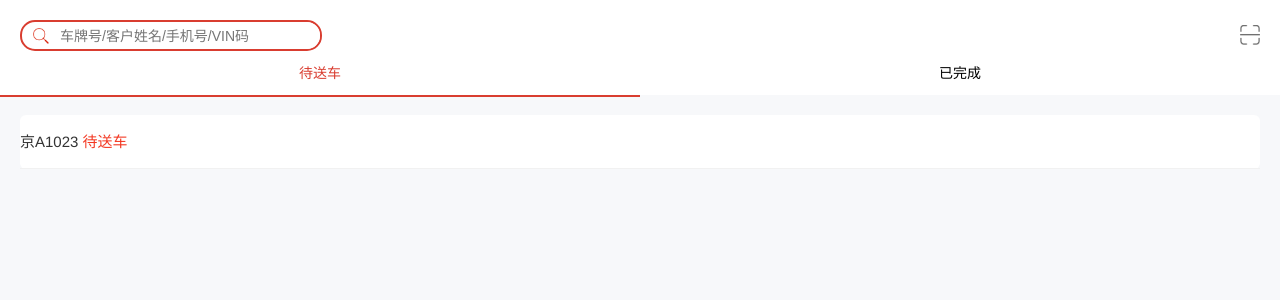
Repository: family-car/car
Page: deliverTask.html
These files come from the project's save history. The page is drawn as it stood at one moment and after the next save; the edit follows.
The browser window is 1280 px wide. The pictures show the whole page.

Above is the page before, as saved 2020-05-12 11:12:31.

### deliverTask.html
<!-- HTML5文件 -->
<!DOCTYPE html>
<html>
<head>
	<meta charset="utf-8" />
	<meta name="viewport" content="width=device-width,minimum-scale=1.0,maximum-scale=1.0,user-scalable=no"/>
	<meta content="telephone=no,email=no" name="format-detection">
	<meta name="wap-font-scale" content="no">
	<title>送车任务</title>
	<!-- ui框架引入css -->
	<link href="lib/weui/weui.min.css" rel="stylesheet" type="text/css" />
	<link href="lib/weui/jquery-weui.min.css" rel="stylesheet" type="text/css" />
	<!-- 公用样式css -->
	<link href="src/css/base.css" rel="stylesheet" type="text/css" />
	<!-- 界面引入css -->
  <link href="src/css/app/deliverTask.css" rel="stylesheet" type="text/css" />
  <!-- jquery引入 -->
  <script type="text/javascript" src="lib/jquery/jquery-2.1.4.min.js"></script>
  <script type="text/javascript" src="lib/unit.js"></script>
</head>
<body>

<div class="main bot44">
    <div class="taskHeader">
        <div class="taskSearch flex flex-between">
            <div class="searchInput cf">
                <div class="fl flex flex-center searchIcon"><img src="src/image/search.png"/></div>
                <input type="text" placeholder="车牌号/客户姓名/手机号/VIN码" class="fl"/>
            </div>
            <div class="sys"><img src="src/image/sys.png"/></div>
        </div>
        <ul class="taskTabbar cf">
            <li class="active">待送车</li>
            <li>已完成</li>
        </ul>
    </div>
    <div class="taskList">
        <div class="taskItem">
            <h2>
                <span>京A1023</span>
                <span>待送车</span>
            </h2>
        </div>
    </div>
</div>

<!-- jquery引入 -->
<script type="text/javascript" src="lib/jquery/swiper.js"></script>
<script type="text/javascript" src="src/js/entry/deliverTask.js"></script>
</body>
</html>

### src/css/base.css
*,
*:after,
*:before {
    -webkit-box-sizing: border-box;
    box-sizing: border-box;
}
[v-cloak] {
  display: none;
}
a,
blockquote,
body,
code,
dd,
div,
dl,
dt,
em,
fieldset,
form,
h1,
h2,
h3,
h4,
h5,
h6,
iframe,
img,
input,
label,
li,
object,
ol,
p,
q,
small,
span,
strong,
table,
tbody,
td,
th,
tr,
ul {
    margin: 0;
    padding: 0;
    border: 0;
}
input{
	outline: none;
}
body,
html {
    width: 100%;
}

body {
    margin: 0 auto;
    line-height: 1;
    font-size: 14px;
    font-family: 'STHeiti', 'Microsoft YaHei', Helvetica, Arial, sans-serif;
    -webkit-text-size-adjust: none;
    -webkit-tap-highlight-color: rgba(0, 0, 0, 0);
}

h1,
h2,
h3,
h4,
h5,
h6 {
    font-size: .28rem;
    font-weight: normal;
}

a,
a:active,
a:focus,
a:hover,
a:visited {
    text-decoration: none;
    color: #393939;
}

a,
img {
    -webkit-touch-callout: none;
}

li,
ol,
ul {
    list-style: none;
}

input[type="password"],
input[type="tel"],
input[type="text"],
select,
textarea {
    display: block;
    width: 100%;
    line-height: 1.2;
    font-size:14px;
    resize: none;
    outline: 0;
    vertical-align: middle;
    background-color: #fff;
    background-image: none;
    border: 0;
    white-space: pre-wrap;
    word-wrap: break-word;
    -webkit-appearance: none;
}

p {
    background-color: transparent;
    word-break: break-all;
}

em,
i {
    font-style: normal;
}
@font-face {
    font-family: 'iconfont';
    src: url("../font/icomoon.eot");
    src: url("../font/icomoon.eot?#iefix") format("embedded-opentype"), url("../font/icomoon.ttf") format("truetype"), url("../font/icomoon.svg#iconfont") format("svg");
}

html {
    background: #fff;
}

body {
    background: #fff;
    color: #000;
}

.fl {
    float: left;
}

.fr {
    float: right;
}

.cf:after {
    display: block;
    clear: both;
    content: "";
    visibility: hidden;
    height: 0;
}

.tr {
    text-align: right;
}

.tc {
    text-align: center;
}

.td-underline {
    text-decoration: underline;
}

.tm {
    vertical-align: middle;
}
.boxSizing{
    box-sizing:border-box;
    -moz-box-sizing:border-box; /* Firefox */
    -webkit-box-sizing:border-box;
}

.flex {
    display: -webkit-box !important;
    display: -webkit-flex !important;
    display: -ms-flexbox !important;
    display: flex !important;
    -webkit-flex-wrap: wrap;
    -ms-flex-wrap: wrap;
    flex-wrap: wrap;
}

.flex .cell {
    -webkit-box-flex: 1;
    -webkit-flex: 1;
    -ms-flex: 1;
    flex: 1;
    width: 0;
    -webkit-flex-basis: 0;
    -ms-flex-preferred-size: 0;
    flex-basis: 0;
    max-width: 100%;
    display: block;
    padding: 0 !important;
    position: relative;
}
.flex .cell2{
    -webkit-box-flex: 2;
    -webkit-flex: 2;
    -ms-flex: 2;
    flex: 2;
}


.flex .cell.hide {
    display: none;
}

.flex .flex-130 {
    -webkit-box-flex: 150!important;
    -webkit-flex: 130!important;
    -ms-flex: 130!important;
    flex: 130!important;
}

.flex .flex-200 {
    -webkit-box-flex: 200!important;
    -webkit-flex: 200!important;
    -ms-flex: 200!important;
    flex: 200!important;
}

.flex-center {
    -webkit-box-pack: center;
    -webkit-justify-content: center;
    justify-content: center;
    -webkit-box-align: center;
    -webkit-align-items: center;
    align-content: center;
}
.flex-between {
    -webkit-box-pack: center;
    -webkit-justify-content: space-between;
    justify-content: space-between;
    -webkit-box-align: center;
    -webkit-align-items: center;
    align-content: center;
}

.img-responsive {
    display: inline-block;
    width: 100%;
}

.bg-white {
    background: #fff;
}

.bg-orange {
    background: #fa462d;
}

.bg-blue {
    background: #246EBE;
}
.bg-green{color:#0BA66D;}
.bg-light-green{color:#56dfb3;}
.bg-gray {
    background: #f3f4f6;
}

.bg-light-yellow {
    background: #fbf8ec;
}

.bg-disabled {
    background: #9d9d9d;
}

.color-blue {
    color: #246EBE;
}

.color-muted {
    color: #9d9d9d;
}

.color-orange {
    color: #fa462d;
}

.color-white {
    color: #fff;
}

.color-gray {
    color: #848689;
}
.color-green{color:#0BA66D;}
.color-light-green{color:#56dfb3;}
.color-red{color:#f23030;}
.color-block{color:#393939;}

.relative {
    position: relative;
}

.overflow {
    overflow: hidden;
}

.ellipsis {
    white-space: nowrap;
    overflow: hidden;
    text-overflow: ellipsis;
}

.clamp {
    display: -webkit-box;
    overflow: hidden;
    text-overflow: ellipsis;
    -webkit-line-clamp: 2;
    -webkit-box-orient: vertical;
}

.animate {
    -webkit-animation-play-state: paused;
}

.hide {
    display: none;
}

.footbar-default .coagent span:before,
.iconfont,
.panel-selector .list li .fr:after,
.select:before {
    font-family: "iconfont" !important;
    font-size: .28rem;
    font-style: normal;
    -webkit-font-smoothing: antialiased;
    -webkit-text-stroke-width: 2px;
    -moz-osx-font-smoothing: grayscale;
}
.btn {
    display: inline-block;
    padding: .18rem .2rem;
    vertical-align: middle;
    font-size: .26rem;
    font-weight: normal;
    line-height: 1;
    text-align: center;
    white-space: nowrap;
    background-image: none;
    border: 1px solid transparent;
    border-radius: .06rem;
    cursor: pointer;
    outline: 0;
    -webkit-appearance: none;
    -webkit-user-select: none;
    -moz-user-select: none;
    -ms-user-select: none;
    user-select: none;
}

.btn-default {
    color: #393939;
    background-color: #fff;
    border-color: #ccc;
}

.btn-primary {
    color: #fff;
    background-color: #0ba66d;
    border-color: #0ba66d;
}

.btn-primary-outline {
    color: #0ba66d;
    background-color: #fff;
    border-color: #0ba66d;
}

.btn-default-outline {
    color: #393939;
    background-color: #fff;
    border-color: #d7d7d7;
}

.btn-disabled {
    color: #fff;
    background-color: #9d9d9d;
    border-color: #9d9d9d;
}

.btn-block {
    display: block;
    width: 100%;
    padding-left: 0;
    padding-right: 0;
}

.btn-primary:active {
    color: #fff;
    background-color: #0ba66d;
    border-color: #0ba66d;
}

.btn-disabled:active {
    color: #fff;
    background-color: #9d9d9d;
    border-color: #9d9d9d;
}

.btn-default:active {
    color: #393939;
    background-color: #d7d7d7;
    border-color: #d7d7d7;
}

.btn-search {
    padding: .06rem .1rem;
    margin-left: .05rem;
    line-height: .4rem;
}

.pd8 {
    padding-right: .8rem;
    padding-left: .8rem;
}

.badge-outline {
    background: #fff;
    border: 1px solid #0ba66d;
    color: #0ba66d;
}

.no_info {
    color: #9d9d9d;
    line-height: 2.2rem;
    text-align: center;
}

.footbar {
    position: fixed;
    left: 0;
    right: 0;
    bottom: 0;
    z-index: 999999;
}
.footbar-default {
    height: 1.01rem;
    background-color: #fff;
    border-top: 1px solid #d7d7d7;
}
/*字体*/
.icon-detail:before {
    content: '\e93b';
}
.icon-floder:before {
    content: '\e91b';
}
.icon-home:before {
    content: '\e901';
}
.icon-order:before {
    content: '\e908';
}
.icon-mine:before {
    content: '\e905';
}
.icon-upload::before{
    content: '\e91c';
}
.icon-add::before{
    content: '\e91e';
}
.icon-detele::before{
    content: '\e920';
}
.icon-warn::before{
    content: '\e91a';
}
.icon-arrow::before{
    content:'\e916'
}
.icon-course::before{
    content:'\e908'
}

 #loading{
     position:fixed;
     top:0;left:0;
     width:100%;height:100%;
     background: rgba(0,0,0,.7);
     z-index:999;
}
 #loading .loader-01{
     position:absolute;top:50%;left:50%;
     width:60px;height:60px;
     margin-top:-30px;
     margin-left:-30px;
     color: #fff;
}
/*button*/
.vehicleEntry_btn{
    color: #F12222;
    width: 206px;
    height: 30px;
    background: #F12222;
    border-radius: 15px;
    color: #fff;
    text-align: center;
    line-height: 30px;
    margin: 0 auto;
    margin-bottom: 20px;
}

### src/css/app/deliverTask.css
body,html{
    background: #f7f8fa;
}
.taskHeader{
    background: #fff;
}
.taskSearch{
    padding: 20px 20px 0 20px;
    color: #999999;
}
.searchInput{
    width: 302px;
    height: 31px;
    border:2px solid #D93D30;
    border-radius: 15px;
}
.searchInput .searchIcon{
    width: 38px;
    height: 27px;
}
.searchInput .searchIcon img{
   width: 16px;
}
.searchInput input{
    width: 260px;
    height: 27px;
    border-radius: 15px;
}
.taskSearch .sys img{
    width: 20px;
    height: 20px;
}
.taskTabbar{
    height: 44px;
}
.taskTabbar li{
    width: 50%;
    float: left;
    line-height: 44px;
    text-align: center;
}
.taskTabbar li.active{
    border-bottom: 2px solid #D93D30;
    color: #D93D30;
}
.taskList{
    padding: 0 20px;
    margin-top: 20px;
}
.taskItem{
    background: #fff;
    border-radius: 6px;
}
.taskItem h2{
    padding: 19px 0;
    border-bottom: 1px solid #F1F1F1;
    font-size: 15px;
}
.taskItem h2 span:first-child{
    color: #333;
}
.taskItem h2 span:last-child{
    color: #F33822;
}

### src/js/entry/deliverTask.js
$(function () {
    var  process={
        init:function(){
            this.tabbar();
        },
        tabbar:function(){
            $(".taskTabbar li").on("click",function(){
                $(this).addClass("active").siblings().removeClass("active")
            })

        }
    };

    window.onload = function(){
        process.init();
    }


})

Loaded but not shown: lib/weui/weui.min.css (library); lib/weui/jquery-weui.min.css (library); lib/jquery/jquery-2.1.4.min.js (library); lib/unit.js (library); lib/jquery/swiper.js (library)

After the next save:
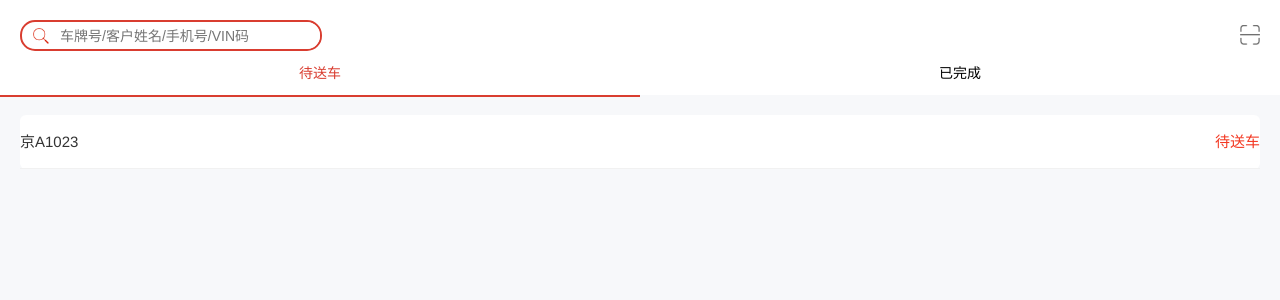
Saved 21 s later.
--- a/deliverTask.html
+++ b/deliverTask.html
@@ -36,9 +36,9 @@
     </div>
     <div class="taskList">
         <div class="taskItem">
-            <h2>
-                <span>京A1023</span>
-                <span>待送车</span>
+            <h2 class="cf">
+                <span class="fl">京A1023</span>
+                <span class="fr">待送车</span>
             </h2>
         </div>
     </div>
